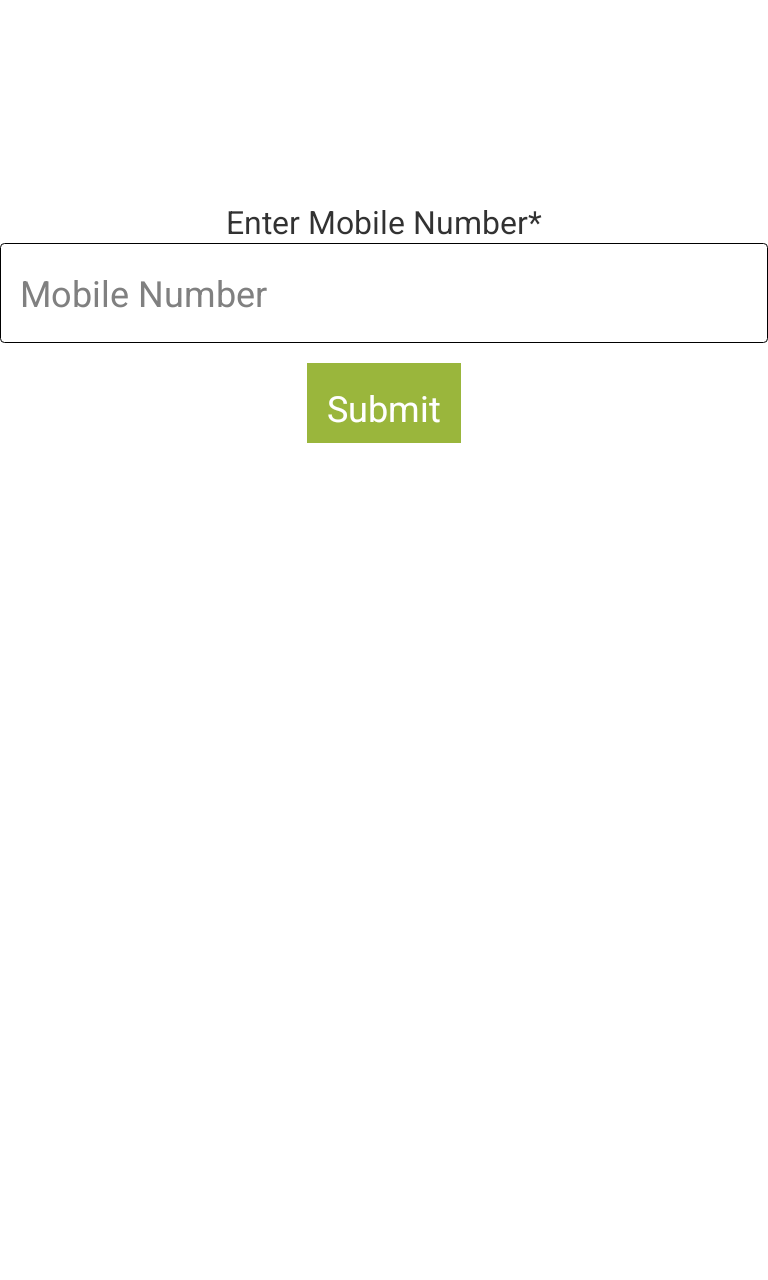
Repository: amitvikramjaiswal/amit-work
Layout: MandiTrades/MandiTradesAndroid/res/layout/first_screen.xml
These files come from the project's save history. The layout is drawn as it stood at one moment and after a run of saves; the edit follows.
It is drawn on a 768 x 1280 px phone screen (xhdpi) without system bars, with theme AppTheme; the app's code is not run.

Above is the layout before, as saved 2014-11-14 14:04:24.

### MandiTrades/MandiTradesAndroid/res/layout/first_screen.xml
<?xml version="1.0" encoding="utf-8"?>
<LinearLayout xmlns:android="http://schemas.android.com/apk/res/android"
    android:layout_width="match_parent"
    android:layout_height="match_parent"
    android:orientation="vertical" >

    <LinearLayout
        android:id="@+id/mobile_ll"
        android:layout_width="match_parent"
        android:layout_height="wrap_content"
        android:orientation="vertical" >

        <View
            android:layout_width="match_parent"
            android:layout_height="100dp" />

        <TextView
            android:layout_width="match_parent"
            android:layout_height="wrap_content"
            android:gravity="center"
            android:text="@string/enter_mobile_number"
            android:textSize="@dimen/text_size_large" />

        <EditText
            android:id="@+id/mobile_et"
            android:layout_width="match_parent"
            android:layout_height="@dimen/height_row"
            android:background="@drawable/border_shape"
            android:hint="@string/mobile_number"
            android:inputType="number"
            android:maxLength="10"
            android:padding="@dimen/padding_normal"
            android:textColor="#000" />
    </LinearLayout>

    <LinearLayout
        android:id="@+id/otp_ll"
        android:layout_width="match_parent"
        android:layout_height="wrap_content"
        android:orientation="vertical"
        android:visibility="gone" >

        <View
            android:layout_width="match_parent"
            android:layout_height="100dp" />

        <TextView
            android:layout_width="match_parent"
            android:layout_height="wrap_content"
            android:gravity="center"
            android:text="@string/enter_otp"
            android:textSize="@dimen/text_size_large" />

        <RelativeLayout
            android:layout_width="match_parent"
            android:layout_height="wrap_content"
            android:layout_gravity="center_horizontal"
            android:layout_marginLeft="50dp"
            android:layout_marginRight="50dp"
            android:layout_marginTop="@dimen/margin_left_right"
            android:background="#ff9ab63c"
            android:padding="1dp" >

            <EditText
                android:id="@+id/otp_et"
                android:layout_width="match_parent"
                android:layout_height="@dimen/height_row"
                android:background="#fff"
                android:hint="@string/otp"
                android:inputType="number"
                android:maxLength="4"
                android:padding="@dimen/padding_normal"
                android:textColor="#000" />
        </RelativeLayout>
    </LinearLayout>

    <Button
        android:id="@+id/submit_btn"
        android:layout_width="wrap_content"
        android:layout_height="@dimen/height_button"
        android:layout_gravity="center_horizontal"
        android:layout_margin="@dimen/margin_left_right"
        android:background="#ff9ab63c"
        android:padding="@dimen/padding_normal"
        android:text="@string/submit"
        android:textColor="@android:color/white" />

</LinearLayout>

### MandiTrades/MandiTradesAndroid/res/values/styles.xml
<resources>

    <!--
        Base application theme, dependent on API level. This theme is replaced
        by AppBaseTheme from res/values-vXX/styles.xml on newer devices.
    -->
    <style name="AppBaseTheme" parent="android:Theme.Light">
        <!--
            Theme customizations available in newer API levels can go in
            res/values-vXX/styles.xml, while customizations related to
            backward-compatibility can go here.
        -->
    </style>

    <!-- Application theme. -->
    <style name="AppTheme" parent="AppBaseTheme">

        <!-- All customizations that are NOT specific to a particular API-level can go here. -->
        <item name="titleTextStyle">@style/TitleTextStyle</item>
    </style>

    <!-- *********************************************** Custom Progress Dialog *********************************************** -->
    <style name="CustomProgressDialog" parent="android:Theme.Holo.Dialog">
        <item name="android:alertDialogStyle">@style/CustomAlertDialogStyle</item>
        <item name="android:windowBackground">@color/transparent</item>
        <item name="android:textColorPrimary">#FFFFFF</item>
        <item name="android:backgroundDimEnabled">false</item>
        <item name="android:textColor">#FFFFFF</item>
        <item name="android:textStyle">normal</item>
        <item name="android:textSize">12sp</item>
    </style>

    <style name="CustomAlertDialogStyle">
        <item name="android:bottomBright">@color/transparent</item>
        <item name="android:bottomDark">@color/transparent</item>
        <item name="android:bottomMedium">@color/transparent</item>
        <item name="android:centerBright">@color/transparent</item>
        <item name="android:centerDark">@color/transparent</item>
        <item name="android:centerMedium">@color/transparent</item>
        <item name="android:fullBright">@color/transparent</item>
        <item name="android:fullDark">@color/transparent</item>
        <item name="android:topBright">@color/transparent</item>
        <item name="android:topDark">@color/transparent</item>
    </style>

    <style name="TitleTextStyle" parent="@style/TextAppearance.AppCompat.Widget.ActionBar.Title">
        <item name="android:gravity">center</item>
    </style>

</resources>

### MandiTrades/MandiTradesAndroid/res/values-sw600dp/dimens.xml
<resources>

    <!--
         Customize dimensions originally defined in res/values/dimens.xml (such as
         screen margins) for sw600dp devices (e.g. 7" tablets) here.
    -->
    <dimen name="activity_horizontal_margin">16dp</dimen>
    <dimen name="activity_vertical_margin">16dp</dimen>
    <dimen name="text_size_normal">18sp</dimen>
    <dimen name="text_size_small">14sp</dimen>
    <dimen name="text_size_large">22sp</dimen>
    <dimen name="width_small_field_1">150dp</dimen>
    <dimen name="width_small_field_2">100dp</dimen>
    <dimen name="height_row">50dp</dimen>
    <dimen name="height_button">70dp</dimen>
    <dimen name="margin_left_right">10dp</dimen>
    <dimen name="margin_address">20dp</dimen>
    <dimen name="width_large_field">260dp</dimen>
    <dimen name="size_icon">50dp</dimen>
    <dimen name="text_size_heading">22sp</dimen>

    <!-- Main Menu -->

    <dimen name="height_main_menu_ll">230dp</dimen>
    <dimen name="width_main_menu_ll">230dp</dimen>
    <dimen name="size_alert_main_menu_icon">130dp</dimen>
    <dimen name="size_main_menu_icon">130dp</dimen>
    <dimen name="padding_main_menu_icon">30dp</dimen>
    <dimen name="padding_main_menu_layout">15dp</dimen>
    <dimen name="size_main_menu_icon_rl">142dp</dimen>
    <dimen name="slidermenu_width">250dp</dimen>

    <!-- New Sale Commodity Page -->

    <dimen name="height_commodity_title">45dp</dimen>
    <dimen name="padding_commodity_title">5dp</dimen>
    <dimen name="text_size_commodity_title">20sp</dimen>

    <!-- New Sale Horizontal Scroll Template -->

    <dimen name="width_image_view">120dp</dimen>
    <dimen name="height_image_view">120dp</dimen>
    <dimen name="width_text_view">120dp</dimen>
    <dimen name="height_text_view">20dp</dimen>
    <dimen name="text_size_commodity_name">18sp</dimen>

    <!-- New Sale Post Page -->
    <dimen name="width_label_column">160dp</dimen>
    <dimen name="image_height">300dp</dimen>
    <dimen name="padding_image">5dp</dimen>
    <dimen name="padding_normal">10dp</dimen>
    <dimen name="padding_small">5dp</dimen>
    <dimen name="text_size_timer">30sp</dimen>

    <!-- NEWS Page -->
    <dimen name="width_news_image">120dp</dimen>
    <dimen name="height_news_image">80dp</dimen>
    <dimen name="cart_label_radious">15dp</dimen>
    <dimen name="home_screen_first_row_top_margin">12dp</dimen>
    <dimen name="main_menu_top_margin">50dp</dimen>

    <!-- Image Upload -->

    <dimen name="height_image_upload_layout">140dp</dimen>
    <dimen name="height_image_upload_icon">110dp</dimen>

</resources>

### MandiTrades/MandiTradesAndroid/res/values-sw720dp/dimens.xml
<resources>

    <!--
         Customize dimensions originally defined in res/values/dimens.xml (such as
         screen margins) for sw600dp devices (e.g. 7" tablets) here.
    -->
    <dimen name="activity_horizontal_margin">16dp</dimen>
    <dimen name="activity_vertical_margin">16dp</dimen>
    <dimen name="text_size_normal">16sp</dimen>
    <dimen name="text_size_small">14sp</dimen>
    <dimen name="text_size_large">18sp</dimen>
    <dimen name="width_small_field_1">150dp</dimen>
    <dimen name="width_small_field_2">100dp</dimen>
    <dimen name="height_row">50dp</dimen>
    <dimen name="height_button">70dp</dimen>
    <dimen name="margin_left_right">10dp</dimen>
    <dimen name="margin_address">20dp</dimen>
    <dimen name="width_large_field">260dp</dimen>
    <dimen name="size_icon">50dp</dimen>
    <dimen name="text_size_heading">22sp</dimen>

    <!-- Main Menu -->

    <dimen name="height_main_menu_ll">230dp</dimen>
    <dimen name="width_main_menu_ll">230dp</dimen>
    <dimen name="size_alert_main_menu_icon">130dp</dimen>
    <dimen name="size_main_menu_icon">130dp</dimen>
    <dimen name="padding_main_menu_icon">30dp</dimen>
    <dimen name="padding_main_menu_layout">15dp</dimen>
    <dimen name="size_main_menu_icon_rl">142dp</dimen>
    <dimen name="slidermenu_width">250dp</dimen>

    <!-- New Sale Commodity Page -->

    <dimen name="height_commodity_title">45dp</dimen>
    <dimen name="padding_commodity_title">5dp</dimen>
    <dimen name="text_size_commodity_title">20sp</dimen>

    <!-- New Sale Horizontal Scroll Template -->

    <dimen name="width_image_view">120dp</dimen>
    <dimen name="height_image_view">120dp</dimen>
    <dimen name="width_text_view">120dp</dimen>
    <dimen name="height_text_view">20dp</dimen>
    <dimen name="text_size_commodity_name">18sp</dimen>

    <!-- New Sale Post Page -->
    <dimen name="width_label_column">140dp</dimen>
    <dimen name="image_height">300dp</dimen>
    <dimen name="padding_image">5dp</dimen>
    <dimen name="padding_normal">10dp</dimen>
    <dimen name="padding_small">5dp</dimen>
    <dimen name="text_size_timer">30sp</dimen>

    <!-- NEWS Page -->
    <dimen name="width_news_image">120dp</dimen>
    <dimen name="height_news_image">80dp</dimen>
    <dimen name="cart_label_radious">15dp</dimen>
    <dimen name="home_screen_first_row_top_margin">12dp</dimen>
    <dimen name="main_menu_top_margin">50dp</dimen>

    <!-- Image Upload -->

    <dimen name="height_image_upload_layout">140dp</dimen>
    <dimen name="height_image_upload_icon">110dp</dimen>

</resources>

### MandiTrades/MandiTradesAndroid/res/values/dimens.xml
<resources>

    <!--
         Customize dimensions originally defined in res/values/dimens.xml (such as
         screen margins) for sw600dp devices (e.g. 7" tablets) here.
    -->
    <dimen name="activity_horizontal_margin">16dp</dimen>
    <dimen name="activity_vertical_margin">16dp</dimen>

    <dimen name="text_size_notify">12sp</dimen>
    <dimen name="text_size_normal">16sp</dimen>
    <dimen name="text_size_small">14sp</dimen>
    <dimen name="text_size_large">20sp</dimen>
    <dimen name="width_small_field_1">150dp</dimen>
    <dimen name="width_small_field_2">100dp</dimen>
    <dimen name="height_row">50dp</dimen>
    <dimen name="height_button">70dp</dimen>
    <dimen name="margin_left_right">10dp</dimen>
    <dimen name="margin_address">15dp</dimen>
    <dimen name="width_large_field">260dp</dimen>
    <dimen name="size_icon">50dp</dimen>
    <dimen name="margin_right">5dp</dimen>

    <!-- Main Menu -->

    <dimen name="height_main_menu_ll">200dp</dimen>
    <dimen name="width_main_menu_ll">180dp</dimen>
    <dimen name="size_alert_main_menu_icon">130dp</dimen>
    <dimen name="size_main_menu_icon">120dp</dimen>
    <dimen name="padding_main_menu_icon">30dp</dimen>
    <dimen name="padding_main_menu_layout">15dp</dimen>
    <dimen name="size_main_menu_icon_rl">112dp</dimen>
    <dimen name="slidermenu_width">200dp</dimen>

    <!-- New Sale Commodity Page -->

    <dimen name="height_commodity_title">45dp</dimen>
    <dimen name="padding_commodity_title">5dp</dimen>
    <dimen name="text_size_commodity_title">20sp</dimen>

    <!-- New Sale Horizontal Scroll Template -->

    <dimen name="width_image_view">120dp</dimen>
    <dimen name="height_image_view">120dp</dimen>
    <dimen name="width_text_view">120dp</dimen>
    <dimen name="height_text_view">20dp</dimen>
    <dimen name="text_size_commodity_name">18sp</dimen>

    <!-- New Sale Post Page -->
    <dimen name="width_label_column">140dp</dimen>
    <dimen name="image_height">300dp</dimen>
    <dimen name="padding_image">5dp</dimen>
    <dimen name="padding_normal">10dp</dimen>
    <dimen name="padding_small">5dp</dimen>
    <dimen name="text_size_timer">30sp</dimen>

    <!-- NEWS Page -->
    <dimen name="width_news_image">120dp</dimen>
    <dimen name="height_news_image">80dp</dimen>
    <dimen name="cart_label_radious">15dp</dimen>

    <dimen name="home_screen_first_row_top_margin">12dp</dimen>
    <dimen name="main_menu_top_margin">30dp</dimen>
    <dimen name="height_comment_box">80dp</dimen>
     <dimen name="text_size_heading">20sp</dimen>
     <dimen name="padding_very_small">2dp</dimen>

       <!-- Image Upload -->

    <dimen name="height_image_upload_layout">85dp</dimen>
    <dimen name="height_image_upload_icon">55dp</dimen>

</resources>

### MandiTrades/MandiTradesAndroid/res/drawable/border_shape.xml
<?xml version="1.0" encoding="utf-8"?>
<shape xmlns:android="http://schemas.android.com/apk/res/android"
android:shape="rectangle">
<corners
android:bottomRightRadius="2dp"
android:bottomLeftRadius="2dp"
android:topLeftRadius="2dp"
android:topRightRadius="2dp"/>
<solid android:color="#FFFFFF" />

<stroke android:width="0.5px" android:color="#000" />
</shape>

Loaded but not shown: MandiTrades/MandiTradesAndroid/res/values-v11/styles.xml (common file); MandiTrades/MandiTradesAndroid/res/values-v14/styles.xml (common file); MandiTrades/MandiTradesAndroid/res/values/strings.xml (193 lines, source omitted)

After the next 2 saves:
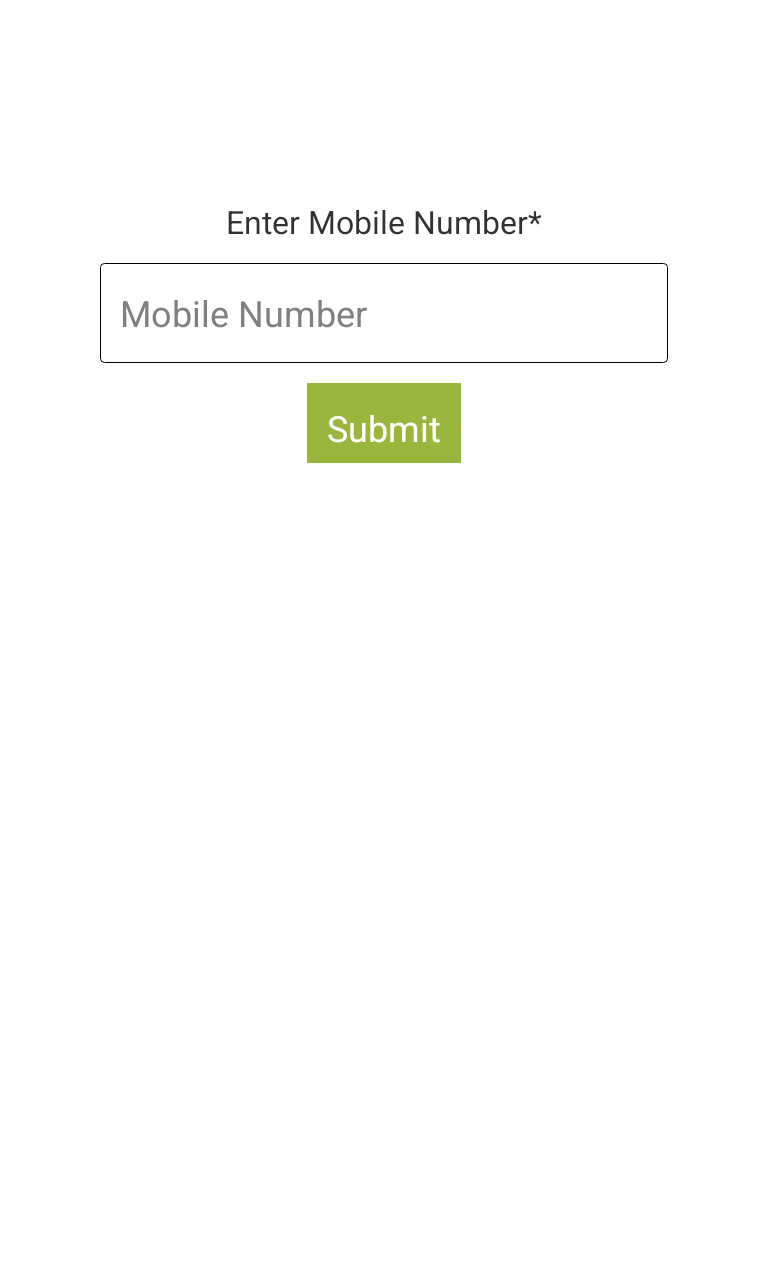
The 2 saves are shown as one change because they came seconds apart.
The last was saved 37 s later.
--- a/MandiTrades/MandiTradesAndroid/res/layout/first_screen.xml
+++ b/MandiTrades/MandiTradesAndroid/res/layout/first_screen.xml
@@ -25,6 +25,9 @@
             android:id="@+id/mobile_et"
             android:layout_width="match_parent"
             android:layout_height="@dimen/height_row"
+            android:layout_marginLeft="50dp"
+            android:layout_marginRight="50dp"
+            android:layout_marginTop="@dimen/margin_left_right"
             android:background="@drawable/border_shape"
             android:hint="@string/mobile_number"
             android:inputType="number"
